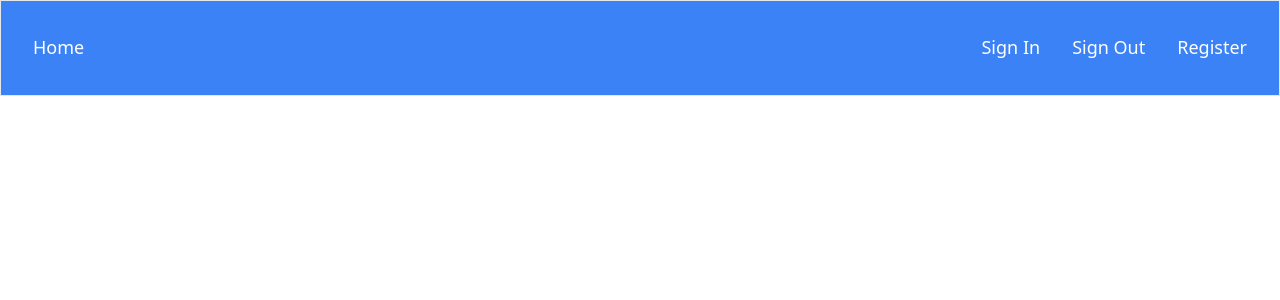
Repository: oderinde300/react-authentication-with-json-server
Page: /
An editor plug-in stored every save of this project. The page is shown before and after the next save, followed by the edit.
The browser window is 1280 px wide. The pictures show the whole page.
The project was rebuilt for these pictures with package versions that can differ from the ones it lists, and the page was loaded fresh each time. Also part of the build but not shown: src/components/authentication/Login.jsx, src/pages/LoginPage.jsx.

Above is the page before, as saved 2023-03-22 12:34:32.

### src/App.js
import { Routes, Route } from "react-router-dom";
import HomePage from "./pages/HomePage";
import LoginPage from "./pages/LoginPage";

function App() {
  return (
    <div>
      <header className="fixed w-full ">
        <nav className="border py-8 flex justify-between px-8 text-lg text-white bg-blue-500 h-[6rem]">
          <p className="">Home</p>
          <ul className="flex  ">
            <li className="mx-4 ">Sign In</li>
            <li className="mx-4 ">Sign Out</li>
            <li className="ml-4 ">Register</li>
          </ul>
        </nav>
      </header>
      <main>
        <Routes>
          <Route path="/" element={<HomePage />} />
          <Route path="/login" element={<LoginPage />} />
        </Routes>
      </main>
    </div>
  );
}

export default App;

### src/pages/HomePage.jsx
import React from "react";

const HomePage = () => {
  return (
    <div>
      <h1 className="text-3xl">Welcome to the Homepage</h1>
    </div>
  );
};

export default HomePage;

Loaded but not shown: public/index.html (common file); src/index.js (common file); src/index.css (common file); tailwind.config.js (common file)

After the next save:
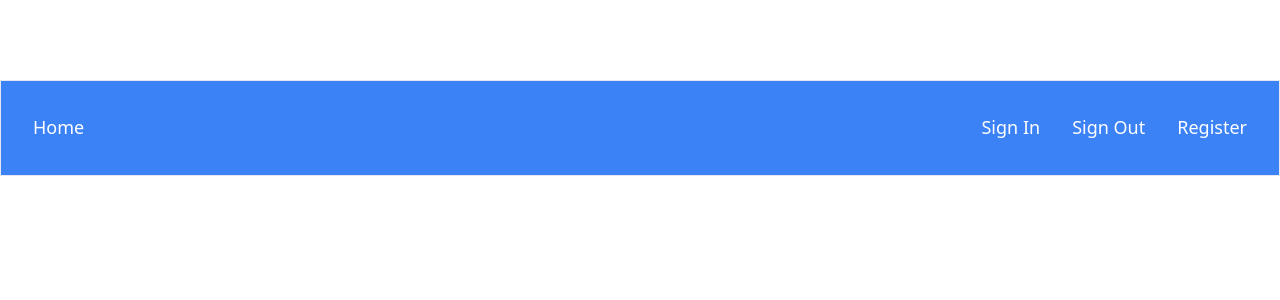
Saved 24 s later.
--- a/src/App.js
+++ b/src/App.js
@@ -5,7 +5,7 @@
 function App() {
   return (
     <div>
-      <header className="fixed w-full ">
+      <header className="fixed w-full">
         <nav className="border py-8 flex justify-between px-8 text-lg text-white bg-blue-500 h-[6rem]">
           <p className="">Home</p>
           <ul className="flex  ">
@@ -15,7 +15,7 @@
           </ul>
         </nav>
       </header>
-      <main>
+      <main className="mt-[5rem]">
         <Routes>
           <Route path="/" element={<HomePage />} />
           <Route path="/login" element={<LoginPage />} />

After the save that followed:
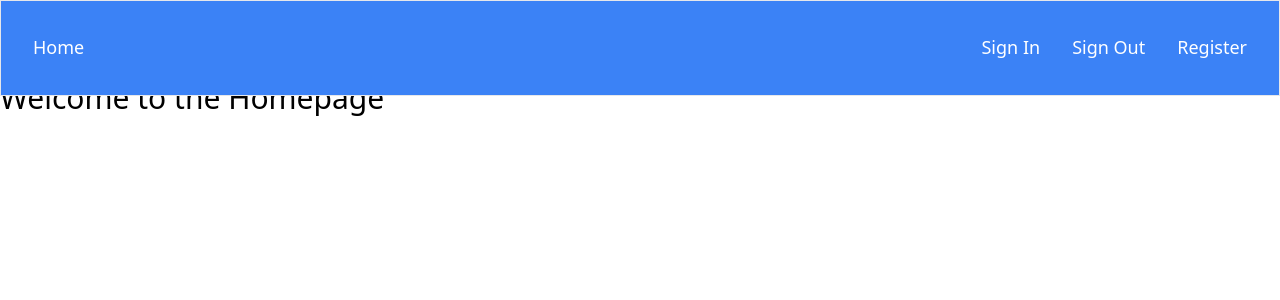
Saved 6 s later.
--- a/src/App.js
+++ b/src/App.js
@@ -15,7 +15,7 @@
           </ul>
         </nav>
       </header>
-      <main className="mt-[5rem]">
+      <main className="pt-[5rem]">
         <Routes>
           <Route path="/" element={<HomePage />} />
           <Route path="/login" element={<LoginPage />} />
